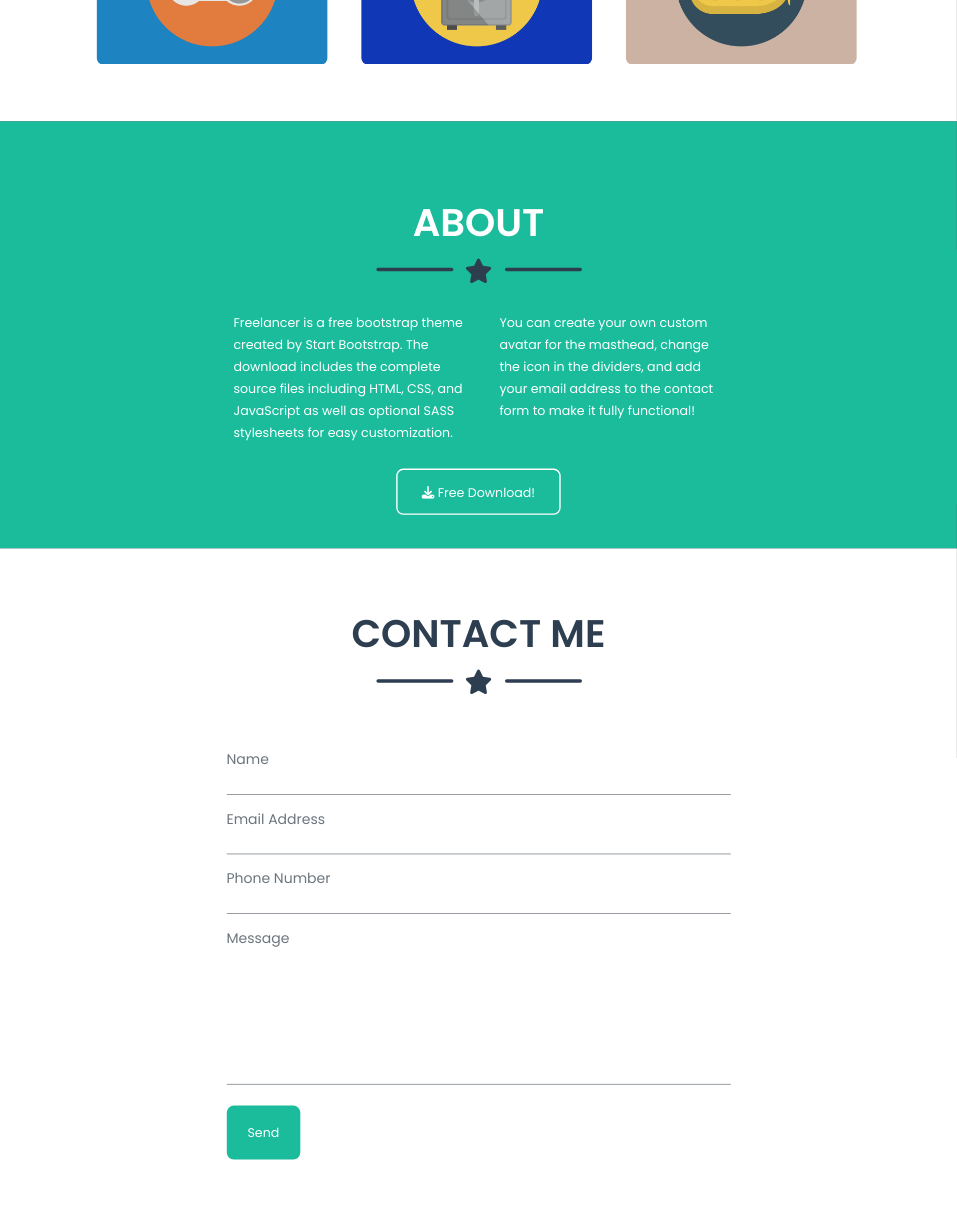
Repository: sSoRaK/web-cut-by-figma_train
Page: bai02/index.html
These files come from the project's save history. The page is drawn as it stood at one moment and after the next save; the edit follows.
The browser window is 1280 px wide. The page is 1367 px wide, so the pictures cover 1367 px, including what lies to the right of the window. The pictures show the part of the page from y = 1459 to 3219 px (the page is 3219 px tall), at 70% of full size.

Above is the page before, as saved 2023-06-02 14:54:13.

### bai02/index.html
<!DOCTYPE html>
<html lang="en">
  <head>
    <meta charset="UTF-8" />
    <meta http-equiv="X-UA-Compatible" content="IE=edge" />
    <meta name="viewport" content="width=device-width, initial-scale=1.0" />
    <title>Start Bootstrap</title>
    <link rel="stylesheet" href="./style.css" />
    <link
      href="https://fonts.googleapis.com/css2?family=Poppins:wght@100;200;300;400;500;600&display=swap"
      rel="stylesheet"
    />
    <link
      rel="stylesheet"
      href="https://cdnjs.cloudflare.com/ajax/libs/font-awesome/6.4.0/css/all.min.css"
      integrity="sha512-iecdLmaskl7CVkqkXNQ/ZH/XLlvWZOJyj7Yy7tcenmpD1ypASozpmT/E0iPtmFIB46ZmdtAc9eNBvH0H/ZpiBw=="
      crossorigin="anonymous"
      referrerpolicy="no-referrer"
    />
  </head>
  <body>
    <div class="container">
      <!-- header menu -->
      <header>
        <div class="header-logo">
          <h2>Start Bootstrap</h2>
        </div>
        <nav>
          <ul>
            <li><a href="#">PORTFOLIO</a></li>
            <li><a href="#">ABOUT</a></li>
            <li><a href="#">CONTACT</a></li>
          </ul>
        </nav>
      </header>
      <!-- header menu -->
      <!-- main -->
      <main>
        <!-- block 01 -->
        <section class="block01">
          <img
            src="./resources/avataaars.png"
            alt="avatar"
            srcset="./resources/avataaars.png 2x"
          />
          <h3>START BOOTSTRAP</h3>
          <div class="star-line">
            <i class="fa-solid fa-star"></i>
          </div>
          <p>Graphic Artist - Web Designer - Illustrator</p>
        </section>
        <!-- block 01 -->

        <!-- block 02 -->
        <section class="block02">
          <h4>PORTFOLIO</h4>
          <div class="star-line">
            <i class="fa-solid fa-star"></i>
          </div>
          <div class="img-list">
            <img
              src="./resources/cabin.png"
              alt="cabin"
              srcset="./resources/cabin.png 2x"
            />
            <img
              src="./resources/cake.png"
              alt="cake"
              srcset="./resources/cake.png"
            />
            <img
              src="./resources/circus.png"
              alt="circus"
              srcset="./resources/circus.png 2x"
            />
            <img
              src="./resources/game.png"
              alt="game"
              srcset="./resources/game.png 2x"
            />
            <img
              src="./resources/safe.png"
              alt="safe"
              srcset="./resources/safe.png 2x"
            />
            <img
              src="./resources/submarine.png"
              alt="submarine"
              srcset="./resources/submarine.png 2x"
            />
          </div>
        </section>
        <!-- block 02 -->

        <!-- block 03 -->
        <section class="block03">
          <h4>ABOUT</h4>
          <div class="star-line">
            <i class="fa-solid fa-star"></i>
          </div>
          <div iv class="content">
            <div class="left-content">
              Freelancer is a free bootstrap theme created by Start Bootstrap.
              The download includes the complete source files including HTML,
              CSS, and JavaScript as well as optional SASS stylesheets for easy
              customization.
            </div>
            <div class="right-content">
              You can create your own custom avatar for the masthead, change the
              icon in the dividers, and add your email address to the contact
              form to make it fully functional!
            </div>
          </div>
          <button><i class="fa-solid fa-download"></i> Free Download!</button>
        </section>
        <!-- block 03 -->

        <!-- block 04 -->
        <section class="block04 contact-me">
          <h4>CONTACT ME</h4>
          <div class="star-line">
            <i class="fa-solid fa-star"></i>
          </div>
          <div class="form">
            <form action="#" method="post">
              <div class="block">
                <label for="name">Name</label>
                <input type="text" name="name" id="name" />
              </div>
              <div class="block">
                <label for="email">Email Address</label>
                <input type="email" name="email" id="email" />
              </div>
              <div class="block">
                <label for="phone-number">Phone Number</label>
                <input type="number" name="phone-number" id="phone-number" />
              </div>
              <div class="block">
                <label for="message">Message</label>
                <textarea
                  name="message"
                  id="message"
                  style="resize: none"
                ></textarea>
              </div>
              <div class="send-btn">
                <input type="submit" value="Send" />
              </div>
            </form>
          </div>
        </section>
        <!-- block 04 -->
      </main>
      <!-- main -->
    </div>
  </body>
</html>

### bai02/style.css
* {
  margin: 0;
  padding: 0;
  box-sizing: border-box;
  font-family: "Poppins", sans-serif;
  list-style: none;
  text-decoration: none;
}
body {
  background-color: #0e0e0e;
  height: 2400px;
}
.container {
  width: 1367px;
  background-color: #2c3e50;
  margin: 0 auto;
}
/* header menu */
header {
  height: 100px;
  color: #ffffff;
  display: flex;
  justify-content: space-between;
  align-items: center;
  margin: 0 155px 0 130px;
}
.header-logo {
  text-transform: uppercase;
  font-weight: 700;
  font-size: 20px;
  cursor: pointer;
}
nav ul {
  display: flex;
  gap: 40px;
}

ul li a {
  color: #ffffff;
  font-weight: 600;
  font-size: 18px;
}
/* header menu */
/* main */

/* block 01 */
.block01 {
  /* position: relative; */
  height: 680px;
  background-color: #1abc9c;
  color: #ffffff;
  text-align: center;
  padding: 102px 0;
}
.block01 img {
  width: 250px;
  height: 250px;
  margin-bottom: 30px;
}
.block01 h3 {
  font-size: 65px;
}
.star-line {
  margin-bottom: 20px;
}
.block01 p {
  font-size: 20px;
}
/* block 01 */
/* block 02 */
.block02 {
  height: 852px;
  background-color: #ffffff;
  color: #ffffff;
  padding: 80px 0;
}
.block02 h4,
.block03 h4,
.block04 h4 {
  text-align: center;
  color: #2c3e50;
  font-size: 55px;
  margin-bottom: 10px;
}
/* làm star line */
.star-line {
  position: relative;
  color: #2c3e50;
  text-align: center;
}
.fa-star {
  font-size: 35px;
}
.star-line::before {
  position: absolute;
  content: "";
  width: 110px;
  height: 5px;
  bottom: 50%;
  left: 50%;
  background-color: #2c3e50;
  transform: translateX(-133%);
  border-radius: 10px;
}
.star-line::after {
  position: absolute;
  content: "";
  width: 110px;
  height: 5px;
  bottom: 50%;
  right: 50%;
  background-color: #2c3e50;
  transform: translateX(134%);
  border-radius: 10px;
}
/* phần image list */
.img-list {
  display: grid;
  grid-template-rows: repeat(2, 240px);
  grid-template-columns: repeat(3, 330px);
  gap: 48px;
  margin: 32px 138px 0 138px;
}
.img-list img {
  width: 330px;
  height: 240px;
  object-fit: contain;
  border-radius: 10px;
}
/* block 02 */

/* block 03 */
.block03 {
  height: 610px;
  background-color: #1abc9c;
  text-align: center;
  padding: 102px 0;
}
.block03 h4 {
  color: #ffffff;
}
.content {
  display: flex;
  width: 700px;
  height: 180px;
  margin: 38px auto 45px auto;
  column-gap: 50px;
  color: #ffffff;
}
.left-content,
.right-content {
  font-size: 18px;
  line-height: 1.75em;
  text-align: left;
}
.left-content {
  width: 330px;
}
.right-content {
  width: 320px;
}
/* button */
.block03 button {
  width: 235px;
  height: 66px;
  background-color: transparent;
  border: 2px solid #ffffff;
  border-radius: 10px;
  color: #ffffff;
  cursor: pointer;
  font-size: 18px;
}
/* block 03 */

/* block 04 */
.block04 {
  height: 977px;
  background-color: #fff;
  padding: 80px 0;
}
.form {
  width: 720px;
  height: 610px;
  margin: 75px auto;
}
.block {
  width: 100%;
  height: 65px;
  margin-bottom: 20px;
}
.block:not(:first-child) {
  margin-top: 20px;
}
.block label {
  color: #6c757d;
  font-size: 20px;
}
.block input,
.block #message {
  display: block;
  width: 100%;
  border: none;
  border-bottom: 1.5px solid #6c757d;
  margin-top: 15px;
}
.block textarea {
  height: 180px;
}
.send-btn {
  margin-top: 190px;
  width: 100px;
  height: 68px;
}
.send-btn input {
  font-size: 18px;
  border: none;
  color: #fff;
  background-color: #1abc9c;
  padding: 25px 30px;
  border-radius: 10px;
  cursor: pointer;
}
/* block 04 */

/* main */

After the next save:
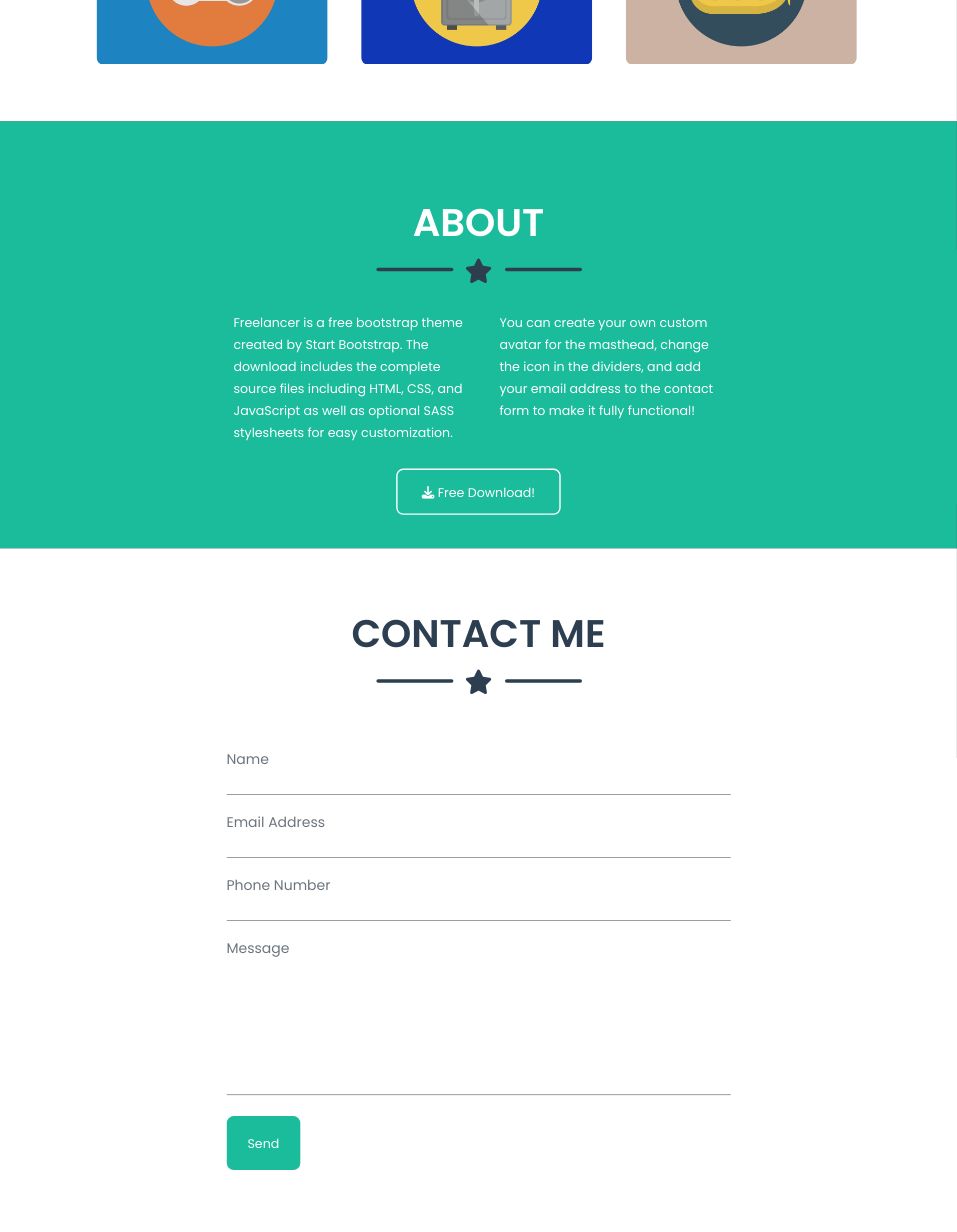
Saved 25 s later.
--- a/bai02/style.css
+++ b/bai02/style.css
@@ -189,7 +189,7 @@ ul li a {
   margin-bottom: 20px;
 }
 .block:not(:first-child) {
-  margin-top: 20px;
+  margin-top: 25px;
 }
 .block label {
   color: #6c757d;
